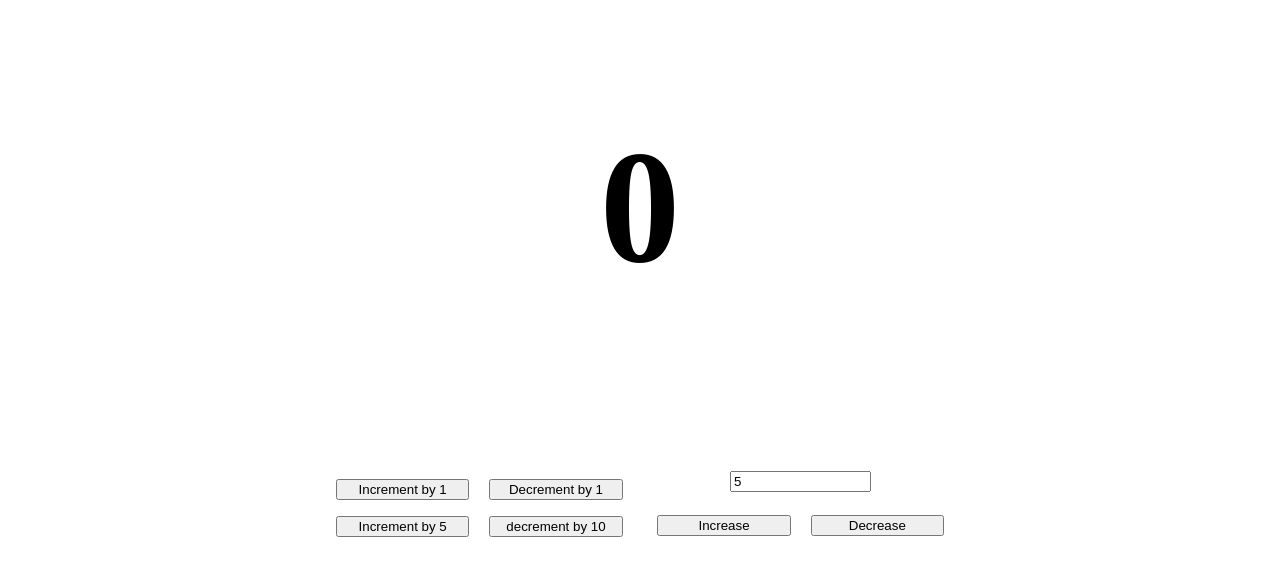
Repository: drumsmanku/micro-project-2
Page: index.html
These files come from the project's save history. The page is drawn as it stood at one moment and after the next save; the edit follows.
The browser window is 1280 px wide. The pictures show the whole page.
Empty fields were first filled with sample values (such as "Sample", 5 or name@example.com).
After loading, the first visible `#clicked-1` was clicked once.

Above is the page before, as saved 2023-04-07 20:36:02.

After the next save:
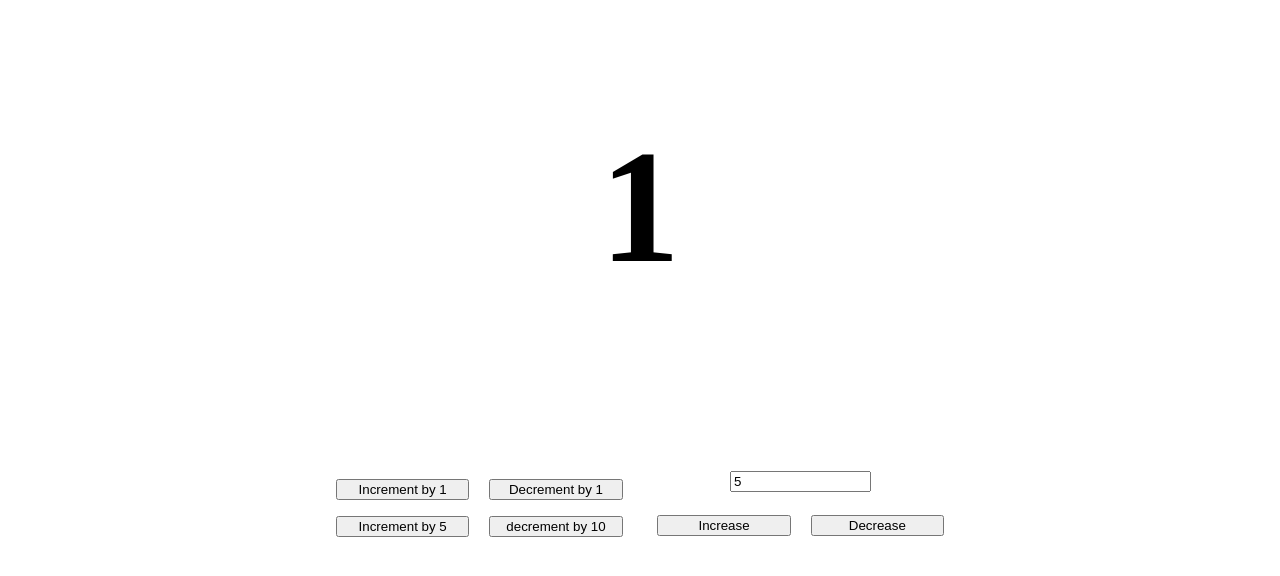
Saved 17 s later.
--- a/script.js
+++ b/script.js
@@ -7,5 +7,5 @@ function getNumber(){
 function inc_by_1(){
   getNumber();
   num=num+Number(1);
-  document.getElementById('h1-tag').innerHTML.innerHTML=num;
+  document.getElementById('h1-tag').innerHTML=num;
 }
